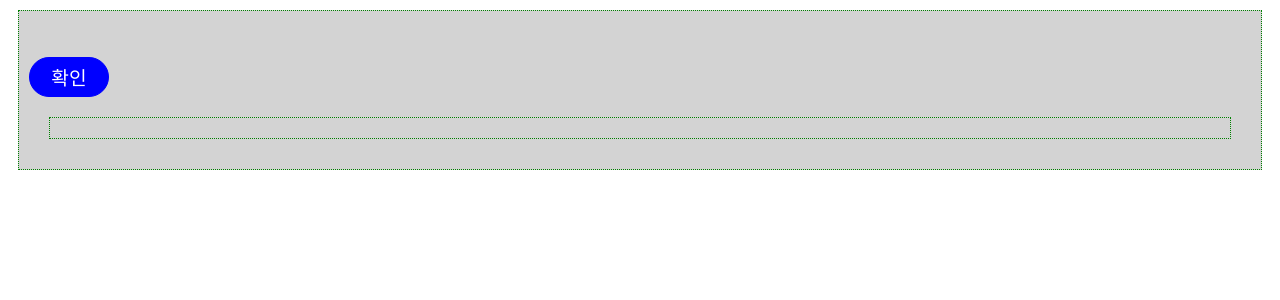
Repository: JJaeHwan/HTML
Page: jquerypro/WebContent/0117/datatype.html
The author's editor kept a copy of each file at every save. The page is drawn from the files as they stood at one save, then again after the next save.
The browser window is 1280 px wide. The pictures show the whole page.

Above is the page before, as saved 2023-01-17 05:08:48.

### jquerypro/WebContent/0117/datatype.html
<!DOCTYPE html>
<html>
<head>
<meta charset="UTF-8">
<title>Insert title here</title>
<link rel="stylesheet" href="../css/public.css">
<script src="../js/jquery-3.6.3.min.js" type="text/javascript"></script>
</head>
<body>


<div class="box">
	<br><br>
	<input type="button" value="확인" id="btn1">
	<br>

	<div id="res1"></div>
</div>
</body>
</html>

### jquerypro/WebContent/css/public.css
@charset "UTF-8";

pre{

	font-size: 1.5em;
	border: 5px double blue;
	border-left : none;
	border-right: none;
	padding: 10px;
	background-color: skyblue;

}

  .box{
  	margin: 10px;
  	padding: 10px;
  	border: 1px dotted green;
  	background-color: lightgray;

  }
  .box div{
  	/* height: 100px; */
  	padding: 10px;
  	margin: 20px;
  	border: 1px dotted green;
  }
  input[type=button]{
  	width: 80px;
  	height: 40px;
  	background: blue;
  	color: white;
  	font-size: 1.2em;
  	border-radius: 20px;
  	border : 1px solid blue;
  }

Loaded but not shown: jquerypro/WebContent/js/jquery-3.6.3.min.js (library)

After the next save:
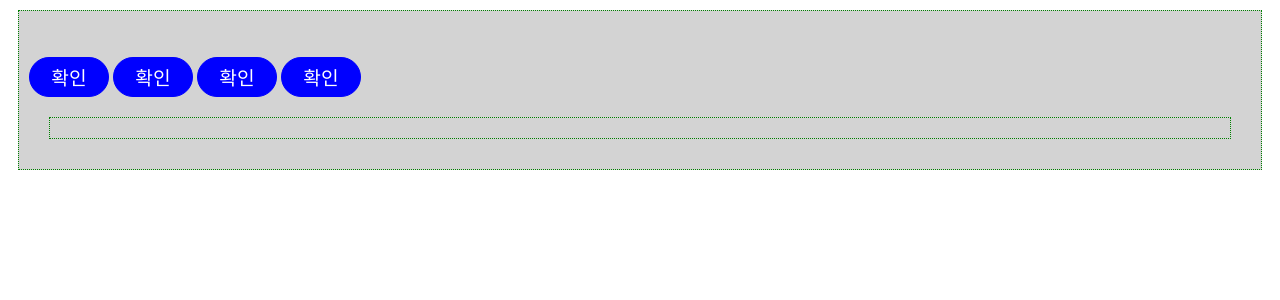
Saved 21 s later.
--- a/jquerypro/WebContent/0117/datatype.html
+++ b/jquerypro/WebContent/0117/datatype.html
@@ -12,6 +12,9 @@
 <div class="box">
 	<br><br>
 	<input type="button" value="확인" id="btn1">
+	<input type="button" value="확인" id="btn2">
+	<input type="button" value="확인" id="btn3">
+	<input type="button" value="확인" id="btn4">
 	<br>
 
 	<div id="res1"></div>
